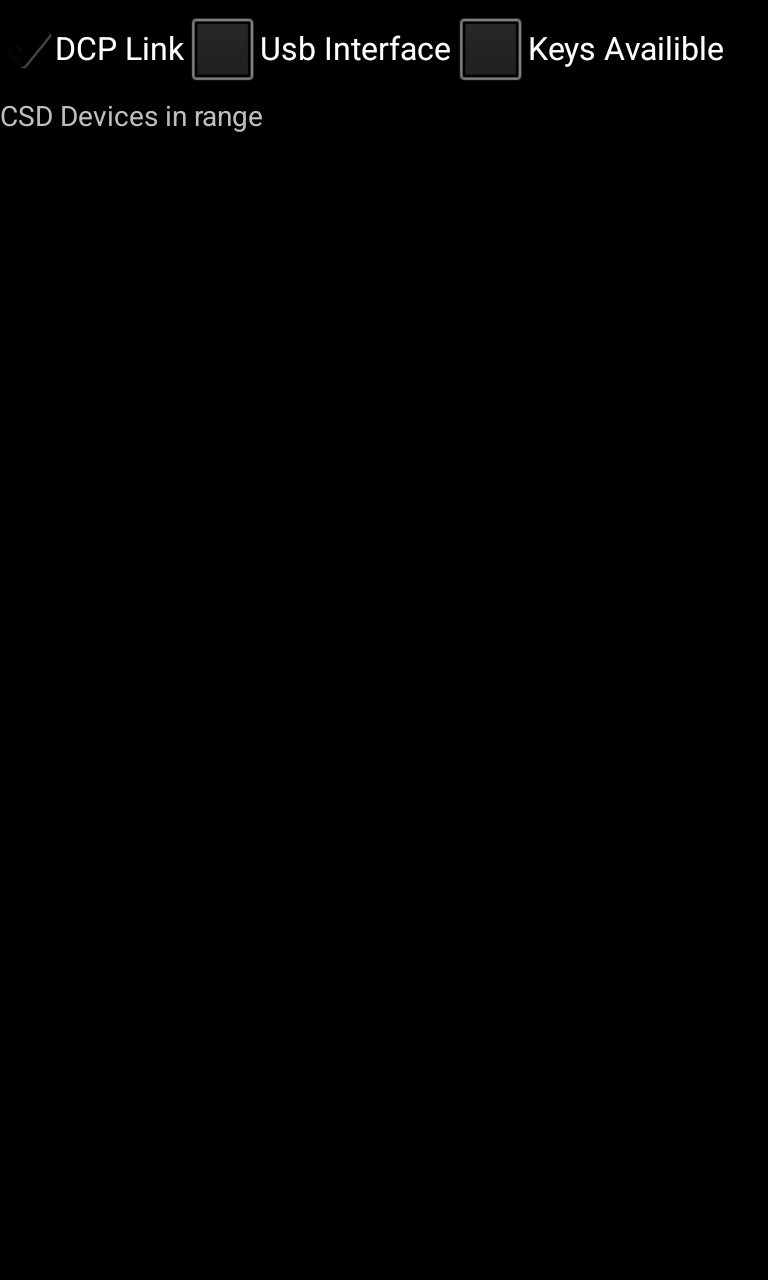
Repository: sergioenriquez/CSTE
Layout: HNAD/res/layout/devicelist.xml
The author's editor kept a copy of each file at every save. The layout is drawn from the files as they stood at one save, then again after the next save.
It is drawn on a 768 x 1280 px phone screen (xhdpi) without system bars, with theme android:Theme.NoTitleBar; the app's code is not run. Lists and similar views that code fills are empty.

Above is the layout before, as saved 2011-12-18 03:45:01.

After the next save:
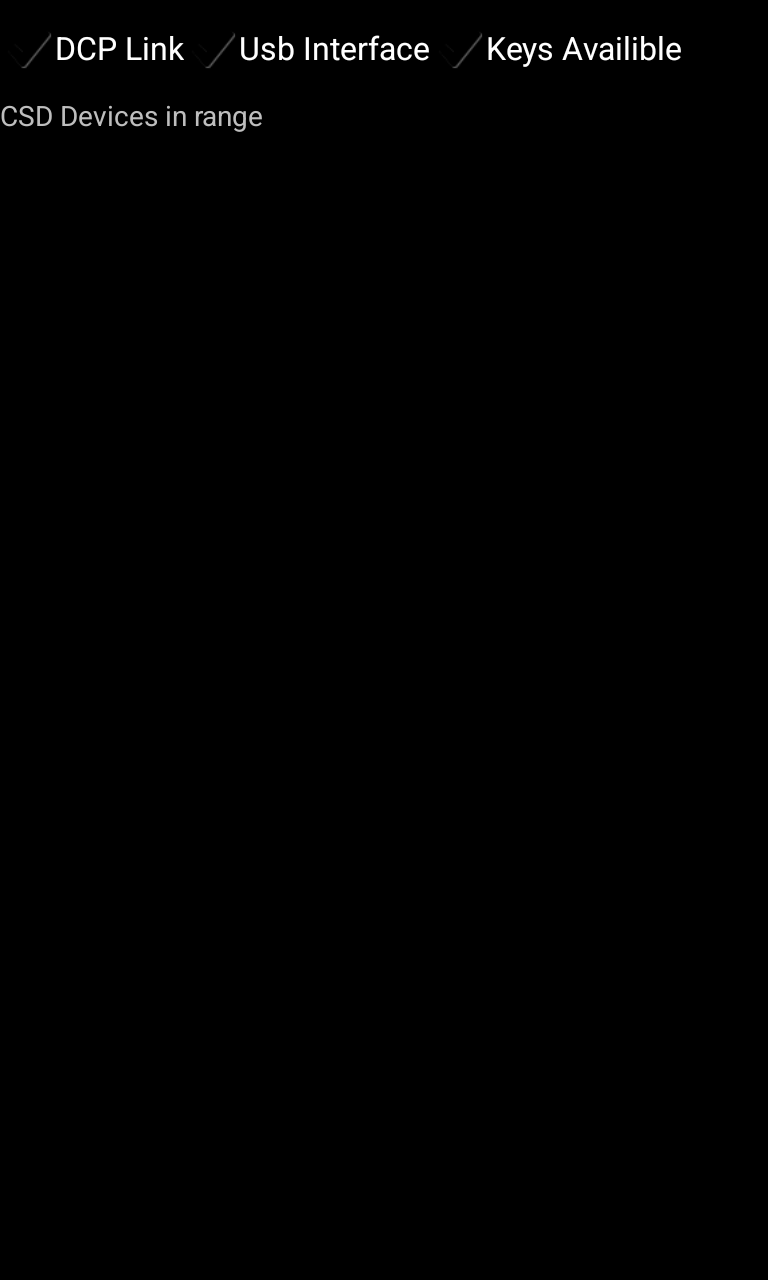
Saved 16 s later.
--- a/HNAD/res/layout/devicelist.xml
+++ b/HNAD/res/layout/devicelist.xml
@@ -18,14 +18,14 @@
         <CheckBox
 	        android:id="@+id/usblink"
 	        android:text="Usb Interface"
-
+	        android:button="@drawable/smallcheckbox"
 	        android:editable="false"
 	        android:layout_width="wrap_content"
 			android:layout_height="wrap_content"/>
         <CheckBox
 	        android:id="@+id/keysavalible"
 	        android:text="Keys Availible"
-
+	        android:button="@drawable/smallcheckbox"
 	        android:editable="false"
 	        android:layout_width="wrap_content"
 			android:layout_height="wrap_content"/>
